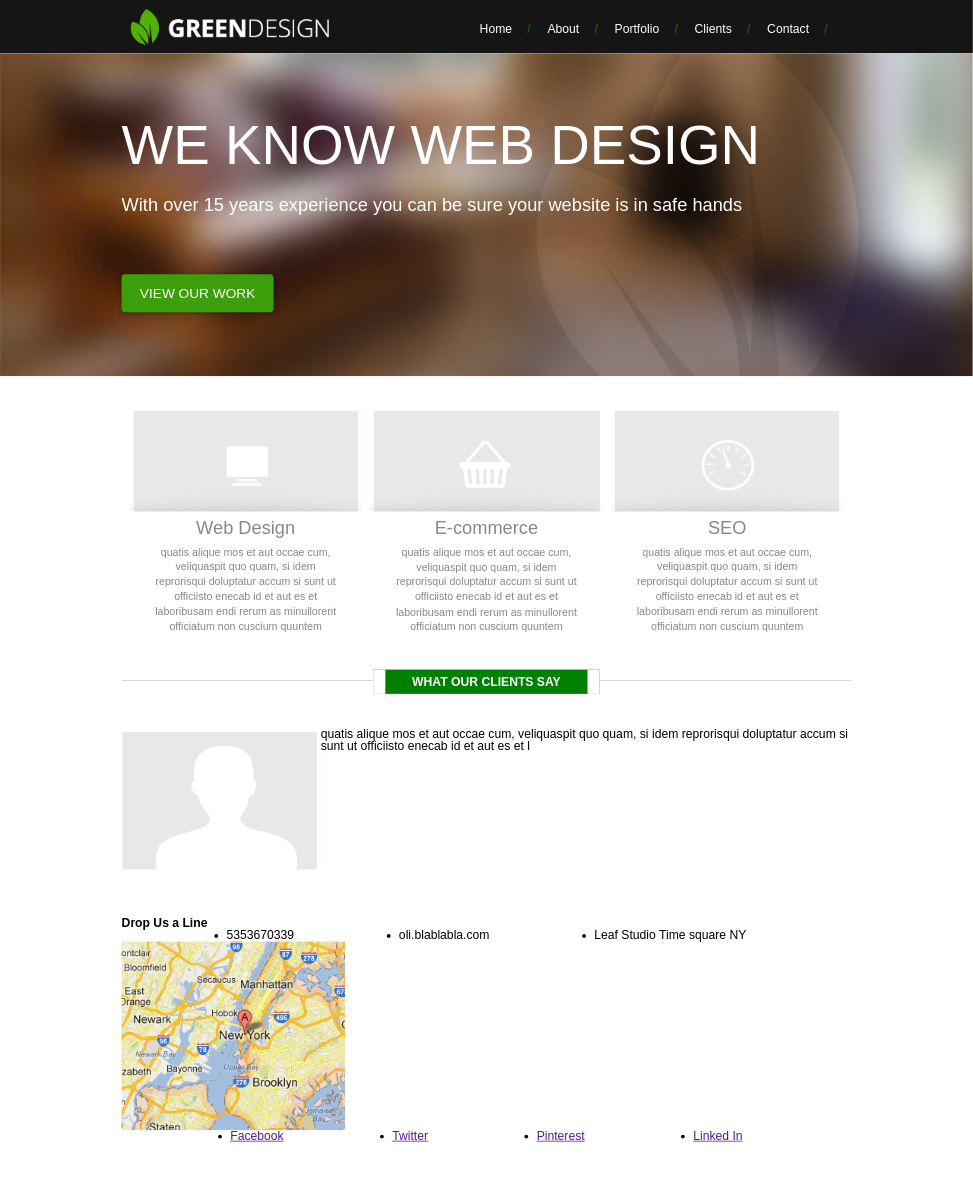
Repository: Piterwk1/psd-to-html
Page: website/index.html
These files come from the project's save history. The page is drawn as it stood at one moment and after the next save; the edit follows.
The browser window is 1280 px wide. The pictures show the whole page, at 76% of full size.

Above is the page before, as saved 2021-09-14 21:42:35.

### website/index.html
<html lang="en">

<head>
    <meta charset="UTF-8">
    <meta http-equiv="X-UA-Compatible" content="IE=edge">
    <meta name="viewport" content="width=device-width, initial-scale=1.0">
    <title>Green Design</title>
    <link rel="stylesheet" href="style.css">
</head>

<body>
    <header>
        <div class="wrapper">
            <h1 id="logo">Green Design</h1>
            <nav>
                <h2>Main Navigation</h2>
                <ul>
                    <li><a href="">Home</a><span>/</span></li>
                    <li><a href="">About</a><span>/</span></li>
                    <li><a href="">Portfolio</a><span>/</span></li>
                    <li><a href="">Clients</a><span>/</span></li>
                    <li><a href="">Contact</a><span>/</span></li>
                </ul>
            </nav>
        </div>
    </header>
    <div id="lead-banner">
        <img src="images/Baner.jpg" alt="main banner">
        <div class="banner-overlay">
            <div class="wrapper">
                <div class="banner-title">We know web Design</div>
                <p>With over 15 years experience you can be sure your website is in safe hands</p>
                <a href="">View our work</a>
            </div>
        </div>
    </div>
    <div id="main-content">

        <div class="wrapper">

            <section id="points-of-sale">
                <h2>Point of Sale</h2>
                <ul>
                    <li>
                        <img src="images/cs1.png" alt="Web Design">
                        <h3>Web Design</h3>
                        <p>quatis alique mos et aut occae cum, veliquaspit quo quam, si idem reprorisqui doluptatur
                            accum si
                            sunt ut officiisto enecab id et aut es et laboribusam endi rerum as minullorent officiatum
                            non
                            cuscium quuntem</p>
                    </li>
                    <li>
                        <img src="images/cs2.png" alt="E-commerce">
                        <h3>E-commerce</h3>
                        <p>quatis alique mos et aut occae cum, veliquaspit quo quam, si idem reprorisqui doluptatur
                            accum si
                            sunt ut officiisto enecab id et aut es et laboribusam endi rerum as minullorent officiatum
                            non
                            cuscium quuntem</p>
                    </li>
                    <li>
                        <img src="images/cs3.png" alt="SEO">
                        <h3>SEO</h3>
                        <p>quatis alique mos et aut occae cum, veliquaspit quo quam, si idem reprorisqui doluptatur
                            accum si
                            sunt ut officiisto enecab id et aut es et laboribusam endi rerum as minullorent officiatum
                            non
                            cuscium quuntem</p>
                    </li>
                </ul>
            </section>
            <section id="clients">
                <h2>What Our Clients Say</h2>
                <div class="clients">
                    <img src="images/head.png" alt="head">
                    <!-- <img src="images/quotes.png" alt="quotes"> -->
                    <blockquote>quatis alique mos et aut occae cum, veliquaspit quo quam, si idem reprorisqui doluptatur
                        accum
                        si sunt ut officiisto enecab id et aut es et l</blockquote>
                </div>
            </section>
            <section id="contact">
                <h2>Drop Us a Line</h2>
                <ul id="contact-methods">
                    <li>5353670339</li>
                    <li>oli.blablabla.com</li>
                    <li>
                        <span>Leaf Studio</span>
                        <span>Time square</span>
                        <span>NY</span>
                    </li>
                </ul>
                <img src="images/map.png" alt="map">
                <ul id="social-map">
                    <li class="facebook"><a href="">Facebook</a></li>
                    <li class="twitter"><a href="">Twitter</a></li>
                    <li class="pinterest"><a href="">Pinterest</a></li>
                    <li class="linked-in"><a href="">Linked In</a></li>
                </ul>
            </section>
        </div>
    </div>
</body>

</html>

### website/style.css
html,
body,
div,
span,
object,
iframe,
h1,
h2,
h3,
h4,
h5,
h6,
p,
blockquote,
pre,
abbr,
address,
cite,
code,
del,
dfn,
em,
img,
ins,
kbd,
q,
samp,
small,
strong,
sub,
sup,
var,
b,
i,
dl,
dt,
dd,
ol,
ul,
li,
fieldset,
form,
label,
legend,
table,
caption,
tbody,
tfoot,
thead,
tr,
th,
td,
article,
aside,
canvas,
details,
figcaption,
figure,
footer,
header,
hgroup,
menu,
nav,
section,
summary,
time,
mark,
audio,
video {
  margin: 0;
  padding: 0;
  border: 0;
  outline: 0;
  font-size: 100%;
  vertical-align: baseline;
  background: transparent;
  font-family: arial;
}

body {
  line-height: 1;
}

article,
aside,
details,
figcaption,
figure,
footer,
header,
hgroup,
menu,
nav,
section {
  display: block;
}

nav ul {
  list-style: none;
}

blockquote,
q {
  quotes: none;
}

blockquote:before,
blockquote:after,
q:before,
q:after {
  content: "";
  content: none;
}

a {
  margin: 0;
  padding: 0;
  font-size: 100%;
  vertical-align: baseline;
  background: transparent;
}

/* change colours to suit your needs */
ins {
  background-color: #ff9;
  color: #000;
  text-decoration: none;
}

/* change colours to suit your needs */
mark {
  background-color: #ff9;
  color: #000;
  font-style: italic;
  font-weight: bold;
}

del {
  text-decoration: line-through;
}

abbr[title],
dfn[title] {
  border-bottom: 1px dotted;
  cursor: help;
}

table {
  border-collapse: collapse;
  border-spacing: 0;
}

/* change border colour to suit your needs */
hr {
  display: block;
  height: 1px;
  border: 0;
  border-top: 1px solid #cccccc;
  margin: 1em 0;
  padding: 0;
}

input,
select {
  vertical-align: middle;
}

header div {
  display: flex;
  justify-content: space-between;
  width: 100%;
  max-width: 960px;
  margin: 0 auto;
}

.wrapper {
  width: 100%;
  max-width: 960px;
  margin: 0 auto;
}

header {
  background: #151515;
}

#logo {
  background: url(images/Logo.png) no-repeat;
  height: 70px;
  width: 280px;
  text-indent: -100000px;
}

header nav {
  margin-top: 30px;
  margin-right: 20px;
  width: 50%;
}

header nav h2 {
  height: 0;
  text-indent: -100000px;
}
header nav a {
  color: #fff;
  text-decoration: none;
  font-family: arial;
}

header nav ul {
  display: flex;
  justify-content: space-around;
}

header nav span {
  color: green;
  margin-left: 20px;
}

#lead-banner img {
  width: 100%;
}

#lead-banner {
  max-height: 440px;
  overflow: hidden;
  position: relative;
}

.banner-overlay {
  position: absolute;
  top: 20%;
  width: 100%;
}

.banner-title {
  color: #fff;
  text-transform: uppercase;
  font-size: 72px;
}

#lead-banner p {
  color: #fff;
  font-size: 24px;
  min-width: 600px;
  margin-top: 30px;
}

#lead-banner a {
  color: #fff;
  display: block;
  width: 200px;
  font-size: 18px;
  text-align: center;
  padding: 16px 0;
  text-decoration: none;
  text-transform: uppercase;
  border-radius: 5px;
  margin-top: 80px;
  box-shadow: 1px 1px 6px rgba(0, 0, 0, 0.4);

  /* Permalink - use to edit and share this gradient: https://colorzilla.com/gradient-editor/#3c9e0a+0,3c9e0a+100 */
  background: #3c9e0a; /* Old browsers */
  background: -moz-linear-gradient(
    top,
    #3c9e0a 0%,
    #3c9e0a 100%
  ); /* FF3.6-15 */
  background: -webkit-linear-gradient(
    top,
    #3c9e0a 0%,
    #3c9e0a 100%
  ); /* Chrome10-25,Safari5.1-6 */
  background: linear-gradient(
    to bottom,
    #3c9e0a 0%,
    #3c9e0a 100%
  ); /* W3C, IE10+, FF16+, Chrome26+, Opera12+, Safari7+ */
  filter: progid:DXImageTransform.Microsoft.gradient( startColorstr='#3c9e0a', endColorstr='#3c9e0a',GradientType=0 ); /* IE6-9 */
}

section {
    margin: 40px 0 60px;
}

section#points-of-sale ul {
    list-style: none;
}

#points-of-sale h2 {
    height: 0;
    text-indent: -10000px;
}

section ul {
    display: flex;
    justify-content: space-evenly;
}

#points-of-sale li {
    width: 32%;
}

#points-of-sale li img {
    width: 100%;
}

#points-of-sale li h3 {

    text-align: center;
    color:  #888;
    font-size: 24px;
    font-weight: normal;
    margin: 10px  10px;
}

#points-of-sale p {
    text-align: center;
    width: 80%;
    margin: 0 10%;
    font-size: 14px;
    color: #888;
    line-height: 1.4em;
}

#clients {
    border-top: 1px solid #ccc;
    padding-top: 30px;
}

#clients h2{
background: green;
color: #fff;
padding: 8px;
text-align: center;
width: 250px;
text-transform: uppercase;
position: relative;
top: -45px;
margin: 0 auto;
border-left: 16px solid #fff;
border-right: 16px solid #fff;
}

.clients {
    display: flex;
}
.clients img{
    width: 30%;
}

After the next save:
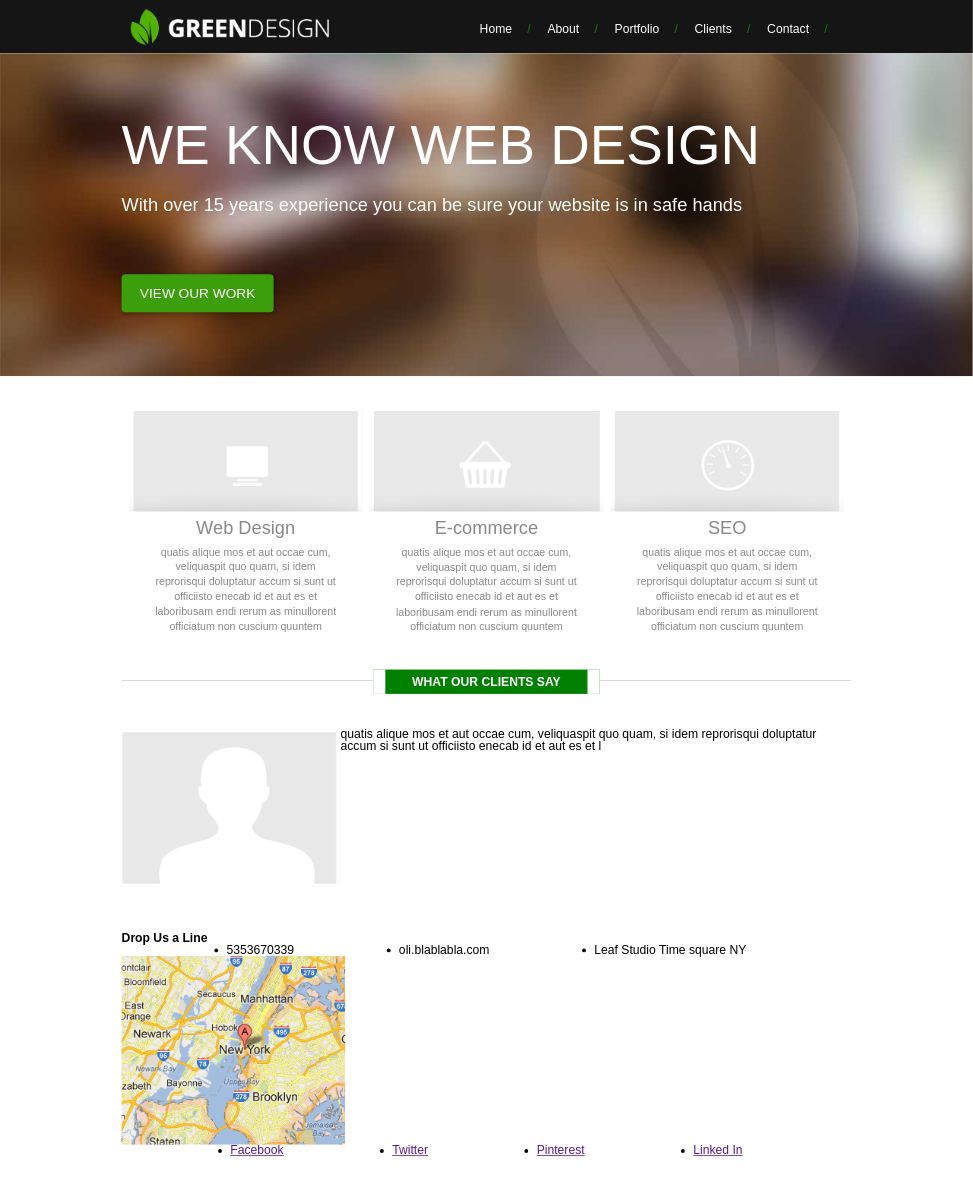
Saved 114 s later.
--- a/website/style.css
+++ b/website/style.css
@@ -347,3 +347,7 @@
 .clients img{
     width: 30%;
 }
+
+#clients blockquote {
+    width: 66%;
+}
